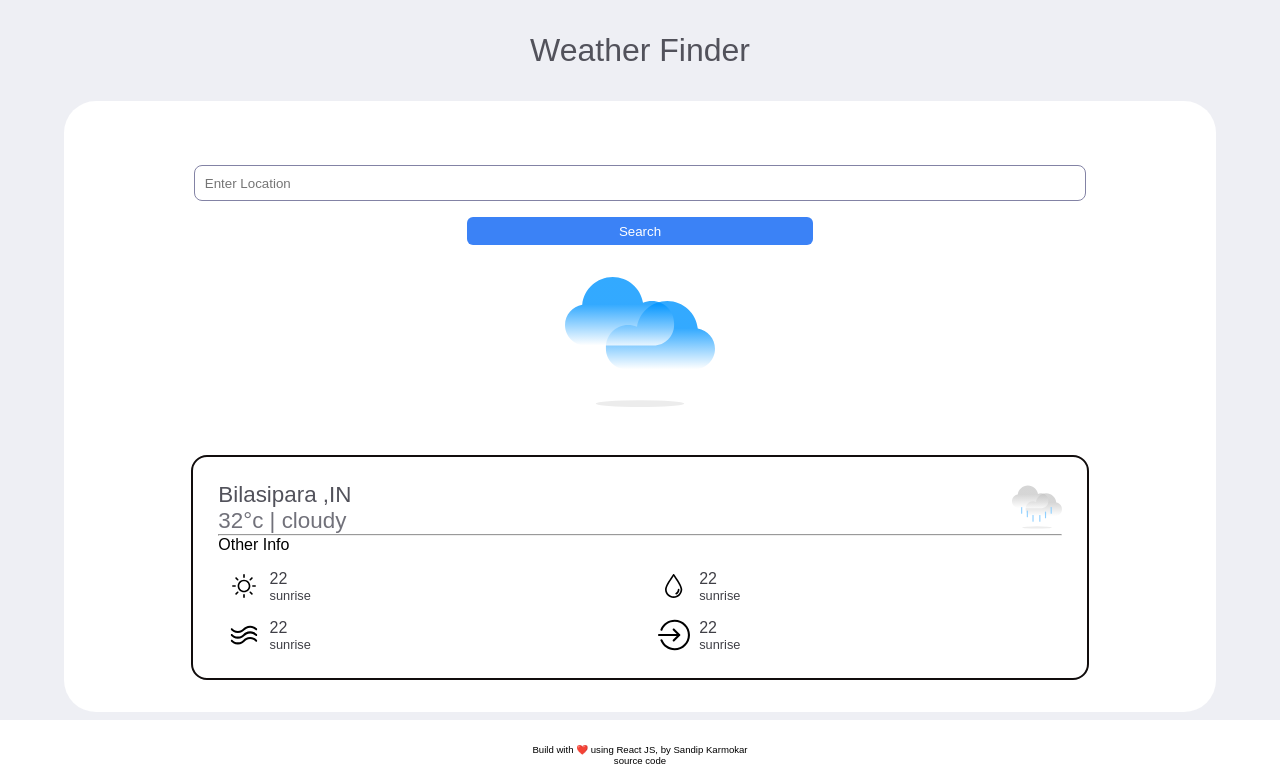
Repository: sandipkarmokar/weather-app
Page: /
An editor plug-in stored every save of this project. The page is shown before and after the next save, followed by the edit.
The browser window is 1280 px wide. The pictures show the whole page.
The project was rebuilt for these pictures with package versions that can differ from the ones it lists, and the page was loaded fresh each time.

Above is the page before, as saved 2022-04-12 17:32:12.

### src/App.js
import { useState, useEffect } from 'react';
import './App.css';
import WeatherForm from './components/WeatherForm';
import WeatherInfoShow from './components/WeatherInfoShow';

export const WeatherIcons = {
    '01d': '../icons/sunny.svg',
    '01n': '../icons/night.svg',
    '02d': '../icons/day.svg',
    '02n': '../icons/cloudy-night.svg',
    '03d': '../icons/cloudy.svg',
    '03n': '../icons/cloudy.svg',
    '04d': '../icons/perfect-day.svg',
    '04n': '../icons/cloudy-night.svg',
    '09d': '../icons/rain.svg',
    '09n': '../icons/rain-night.svg',
    '10d': '../icons/rain.svg',
    '10n': '../icons/rain-night.svg',
    '11d': '../icons/storm.svg',
    '11n': '../icons/storm.svg',
};

function App() {
    const [city, setCity] = useState('');
    const [weatherData, setWeatherData] = useState([]);

    console.log(weatherData);
    const url = `https://api.openweathermap.org/data/2.5/weather?q=${city}&appid=390f3fd7515cacb5596ae4765de92a6d`;

    const fetchData = async (e) => {
        e.preventDefault();
        try {
            const response = await fetch(url);
            const data = await response.json();

            setWeatherData(data);
            console.log('data fetched');
        } catch (error) {
            console.log(error);
        }
    };

    return (
        <div className="app">
            <div className="heading">
                <p>Weather Finder</p>
            </div>
            <div className="app-container">
                <WeatherForm
                    city={city}
                    setCity={setCity}
                    fetchData={fetchData}
                ></WeatherForm>

                {/* {weatherData.length !== 0 && city ? (
                    <WeatherInfoShow
                        weatherData={weatherData}
                    ></WeatherInfoShow>
                ) : (
                    ''
                )} */}
                <WeatherInfoShow weatherData={weatherData}></WeatherInfoShow>
            </div>
            <footer>
                <p>Build with ❤️ using React JS, by Sandip Karmokar</p>
                <p>source code</p>
            </footer>
        </div>
    );
}

export default App;

### src/App.css
* {
    margin: 0;
    padding: 0;
    box-sizing: border-box;
    font-family: Arial, Helvetica, sans-serif;
}

.app {
    background-color: #eeeff4;
    height: 100vh;
}

.app .heading p {
    color: #52525b;
    padding-top: 2rem;
    font-size: 2rem;
    text-align: center;
}

.app .app-container {
    width: 90%;
    margin: 2rem auto;
    background: #ffffff;
    border-radius: 2rem;
    padding: 1rem 0;
}

.app .app-container .weather-form {
    width: 86%;
    margin: 0 auto;
    display: flex;
    flex-direction: column;
}

.app .app-container .weather-form input {
    padding: 0.6rem;
    margin: 1rem auto;
    border: 0.5px solid #8383a5;
    border-radius: 8px;
    width: 90%;
    margin-top: 3rem;
}
.app .app-container .weather-form button {
    width: 35%;
    margin: 0 auto;
    padding: 0.4rem;
    background-color: #3b82f6;
    color: #ffffff;
    border: none;
    border-radius: 6px;
    cursor: pointer;
}
.app .app-container .weather-form img {
    width: 150px;

    margin: 2rem auto;
}

.app .app-container .weather-info-show {
    background-color: #ffffff;
    width: 78%;
    border: 2px solid rgb(17, 13, 13);
    margin: 1rem auto;
    border-radius: 1rem;
    padding: 1.6rem;
}
.app .app-container .weather-info-show .main-info {
    display: flex;
    justify-content: space-between;
}

.app .app-container .weather-info-show .main-info img {
    width: 50px;
    height: 50px;
}
.app .app-container .weather-info-show .main-info .info .location {
    font-size: 1.4rem;
    color: #52525b;
}
.app .app-container .weather-info-show .main-info .info .data {
    font-size: 1.4rem;
    color: #71717a;
}
.app .app-container .weather-info-show .main-info .info .data .large {
}

.app .app-container .weather-info-show .other-info {
    display: flex;
    flex-direction: column;
}
.app .app-container .weather-info-show .other-info .other-info-data {
    display: grid;

    grid-template-columns: 1fr 1fr;
    grid-template-rows: 1fr 1fr;
    gap: 1rem;
    margin-top: 1rem;
}

.app .app-container .weather-info-show .other-info .other-info-data .item {
    display: flex;
}

.app .app-container .weather-info-show .other-info .other-info-data .item img {
    height: 32px;
    width: 32px;
    margin: 0 0.6rem;
}

.app
    .app-container
    .weather-info-show
    .other-info
    .other-info-data
    .item
    .sub-info {
    display: flex;
    flex-direction: column;
}

.app
    .app-container
    .weather-info-show
    .other-info
    .other-info-data
    .item
    .sub-info
    .data {
    color: #3f3f46;
}
.app
    .app-container
    .weather-info-show
    .other-info
    .other-info-data
    .item
    .sub-info
    .sub-info-title {
    color: #3f3f46;
    font-size: 0.8rem;
}

.app footer p {
    text-align: center;
    font-size: 0.6rem;
}

### src/components/WeatherForm.js
import React from 'react';
import mainImage from '../icons/perfect-day.svg';

const WeatherForm = ({ city, setCity, fetchData }) => {
    return (
        <div className="weather-form">
            <input
                type="text"
                placeholder="Enter Location"
                value={city}
                onChange={(e) => setCity(e.target.value)}
            />
            <button onClick={fetchData}>Search</button>
            <img src={mainImage} alt="" />
        </div>
    );
};

export default WeatherForm;

### src/components/WeatherInfoShow.js
import React from 'react';
import imagex from '../icons/cloudy.svg';
import { WeatherIcons } from '../App';

import sunset from '../icons/temp.svg';
import sunrise from '../icons/temp.svg';
import humidity from '../icons/humidity.svg';
import wind from '../icons/wind.svg';
import pressure from '../icons/pressure.svg';

// export default const WeatherInfoIcons = {
// sunset: '../icons/temp.svg',
// sunrise: '../icons/temp.svg',
// humidity: '../icons/humidity.svg',
// wind: '../icons/wind.svg',
// pressure: '../icons/pressure.svg',
// };

const WeatherInfoShow = ({ weatherData }) => {
    return (
        <div className="weather-info-show">
            <div className="main-info">
                <div className="info">
                    <div className="location">Bilasipara ,IN</div>
                    <div className="data">
                        <span className="large">32°c</span> | cloudy
                    </div>
                </div>

                {/* <img src={WeatherIcons['04d']} alt="" /> */}
                <img src={imagex} alt="" />
            </div>
            <hr className="line" />
            <div className="other-info">
                <p>Other Info</p>
                <div className="other-info-data">
                    <div className="item">
                        <img src={sunrise} alt="" />
                        <div className="sub-info">
                            <p className="data">22</p>
                            <p className="sub-info-title">sunrise</p>
                        </div>
                    </div>
                    <div className="item">
                        <img src={humidity} alt="" />
                        <div className="sub-info">
                            <p className="data">22</p>
                            <p className="sub-info-title">sunrise</p>
                        </div>
                    </div>
                    <div className="item">
                        <img src={wind} alt="" />
                        <div className="sub-info">
                            <p className="data">22</p>
                            <p className="sub-info-title">sunrise</p>
                        </div>
                    </div>
                    <div className="item">
                        <img src={pressure} alt="" />
                        <div className="sub-info">
                            <p className="data">22</p>
                            <p className="sub-info-title">sunrise</p>
                        </div>
                    </div>
                </div>
            </div>
        </div>
    );
};

export default WeatherInfoShow;

Loaded but not shown: public/index.html (common file); src/index.js (common file); src/index.css (common file); src/reportWebVitals.js (common file)

After the next save:
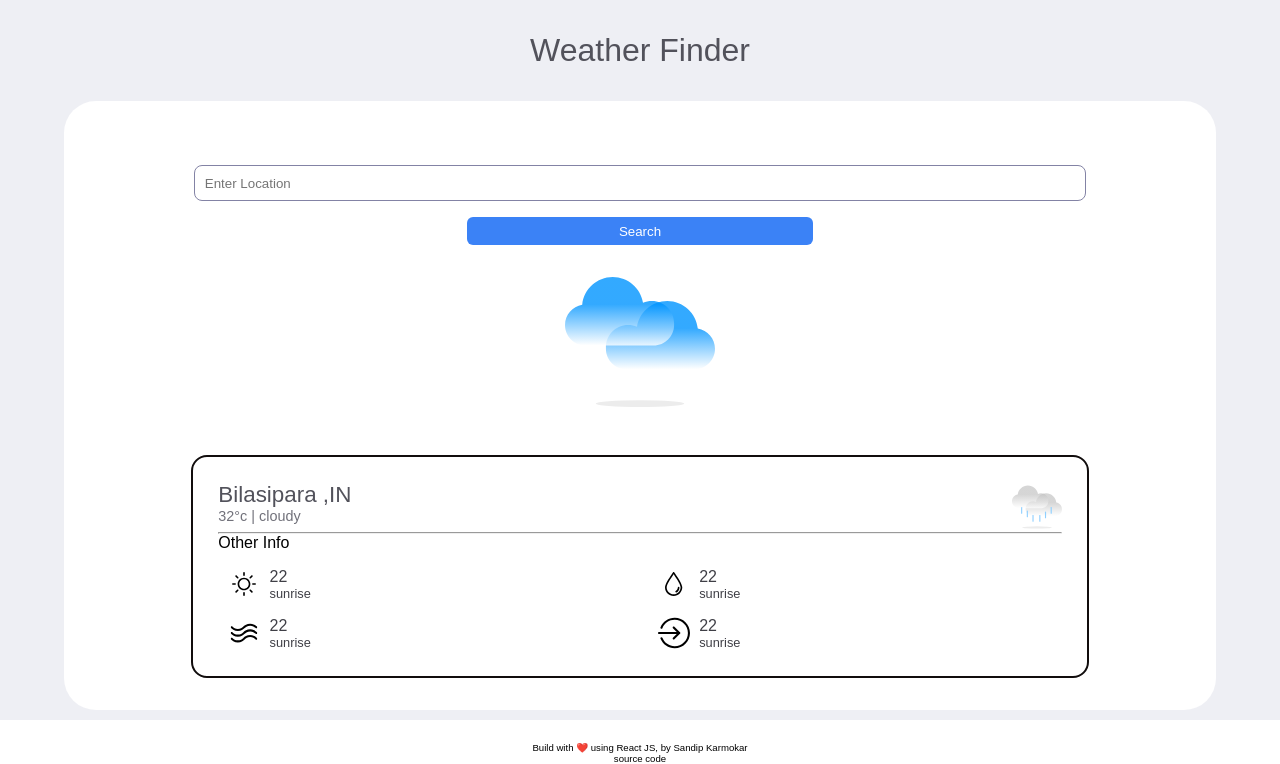
Saved 6 s later.
--- a/src/App.css
+++ b/src/App.css
@@ -78,7 +78,7 @@
     color: #52525b;
 }
 .app .app-container .weather-info-show .main-info .info .data {
-    font-size: 1.4rem;
+    font-size: 0.9rem;
     color: #71717a;
 }
 .app .app-container .weather-info-show .main-info .info .data .large {
